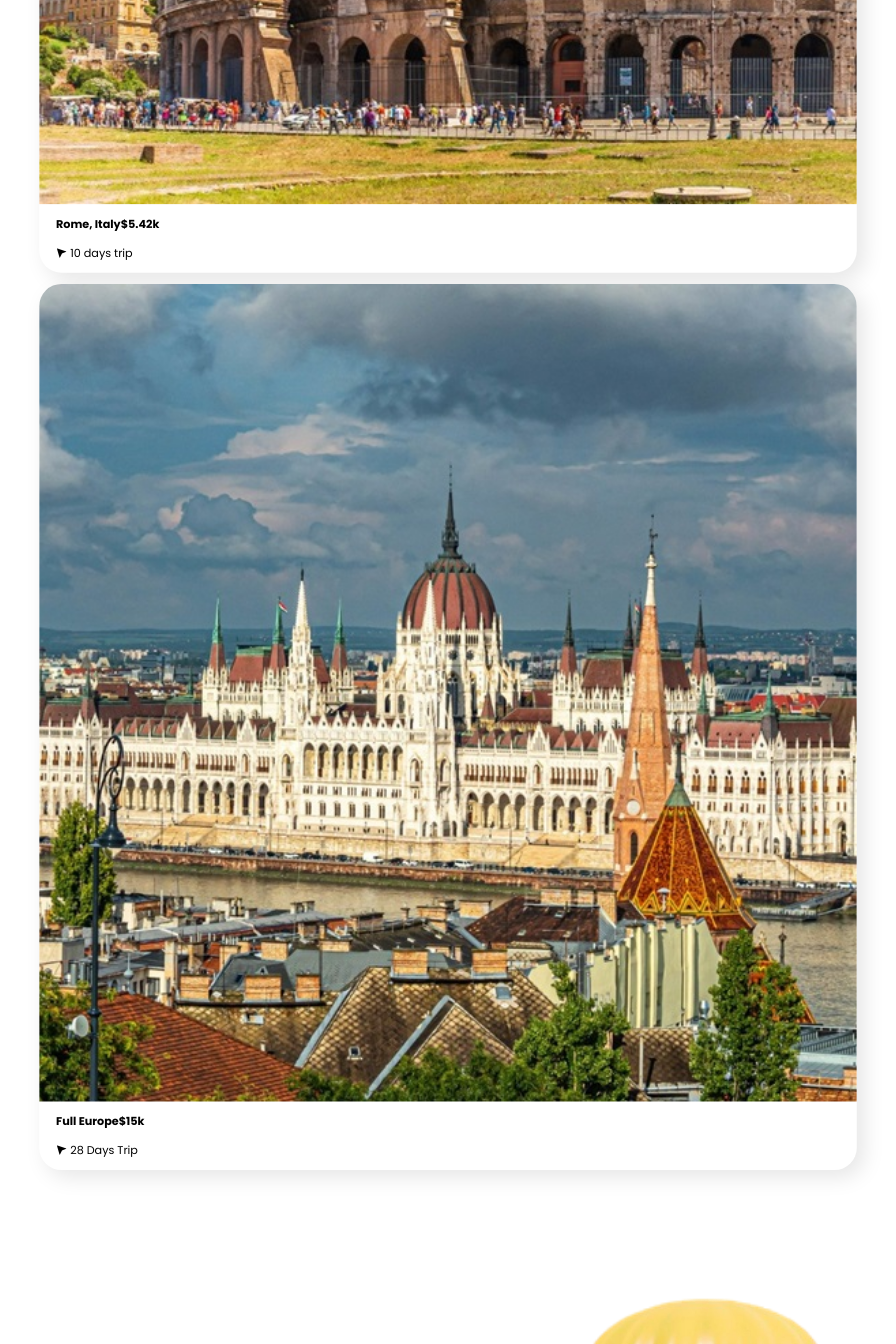
Repository: ntandomagana/travel-website
Page: index.html
These files come from the project's save history. The page is drawn as it stood at one moment and after the next save; the edit follows.
The browser window is 1280 px wide. The pictures show the part of the page from y = 3172 to 5092 px (the page is 9501 px tall), at 70% of full size.

Above is the page before, as saved 2024-05-07 13:26:29.

After the next save:
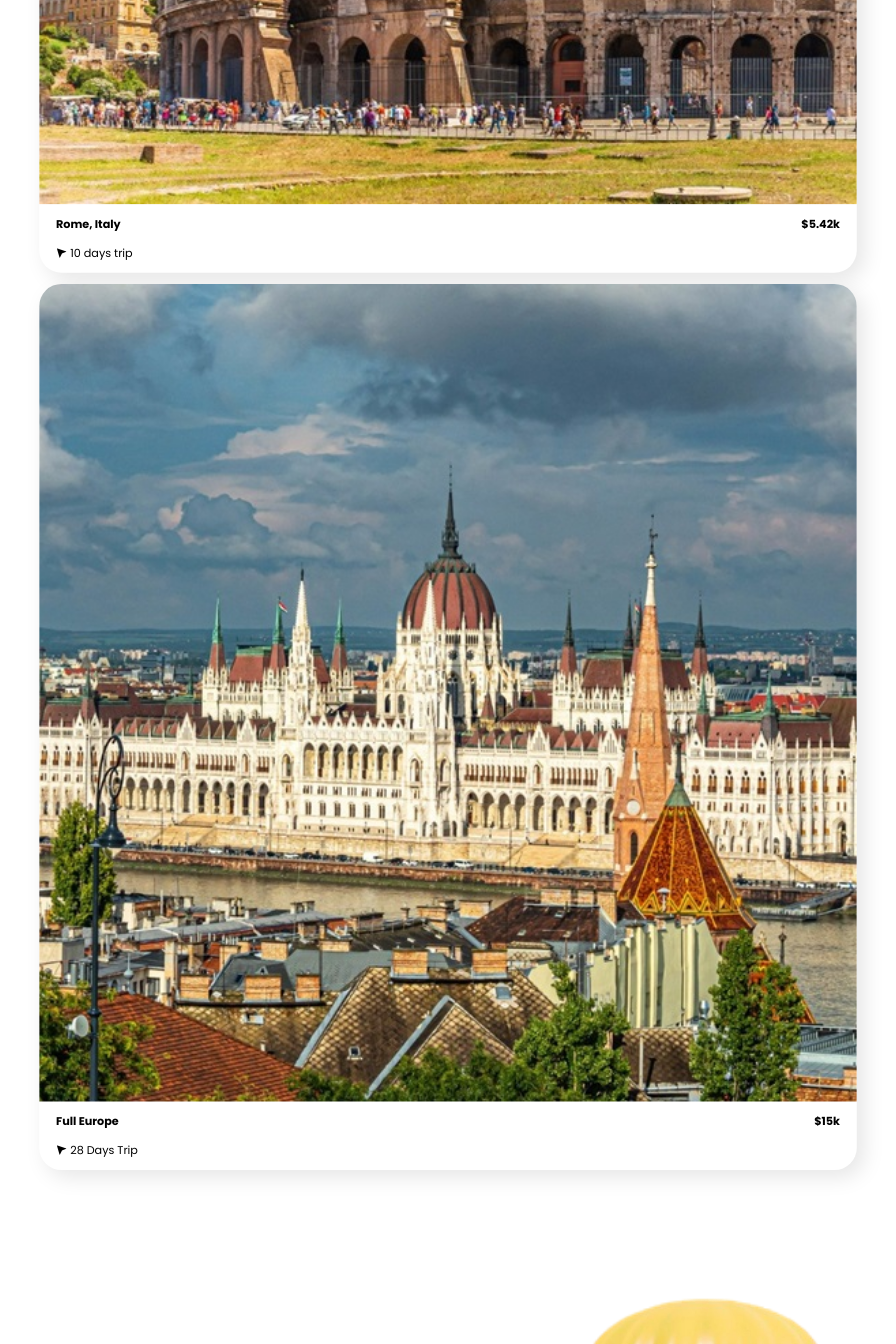
Saved 6 s later.
--- a/style.css
+++ b/style.css
@@ -255,5 +255,5 @@ ul {
     margin-bottom: 1rem;
     display: flex;
     align-items: center;
-    justify-content: ;
-}
+    justify-content: space-between;
+}
